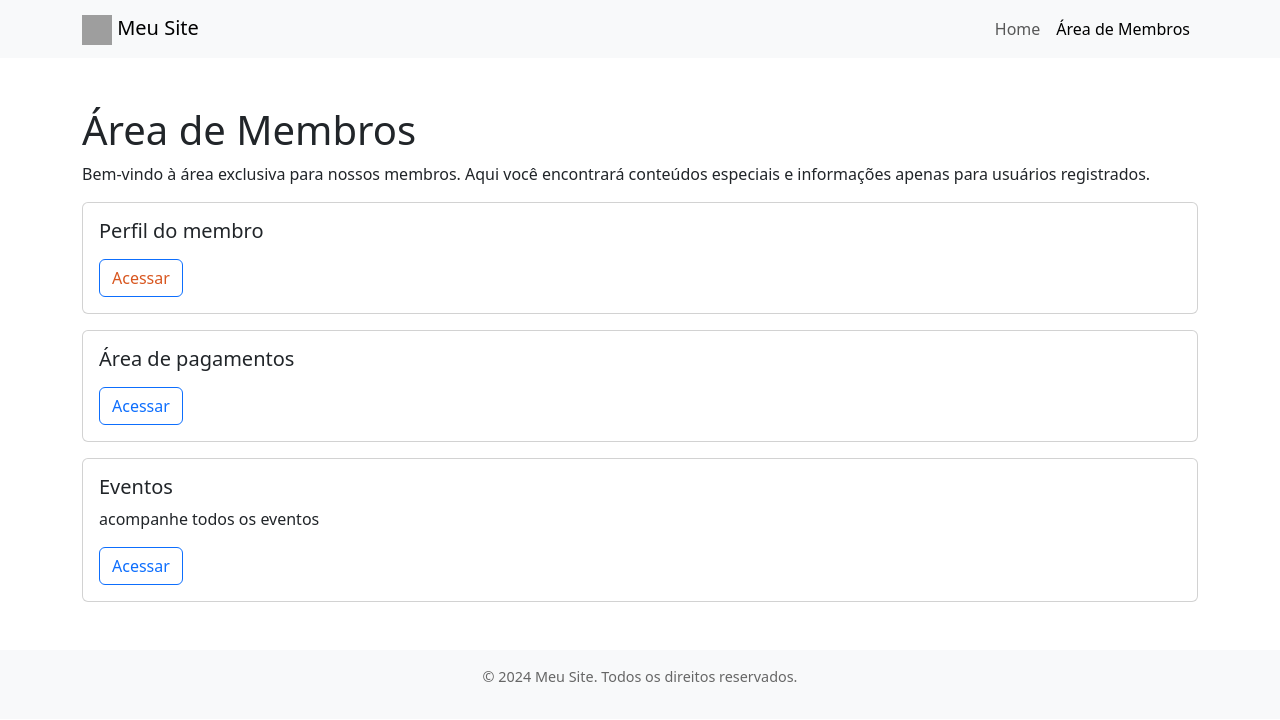
Repository: br-on/projeto-escolinhav3
Page: http://localhost/membros
An editor plug-in stored every save of this project. The page is shown before and after the next save, followed by the edit.
The browser window is 1280 px wide. The pictures show the whole page.
Pictures or frames that could not be fetched are drawn as grey boxes. The page is served by the project's application, run on Flask 3 (main.py).

Above is the page before, as saved 2024-11-15 10:25:05.

After the next save:
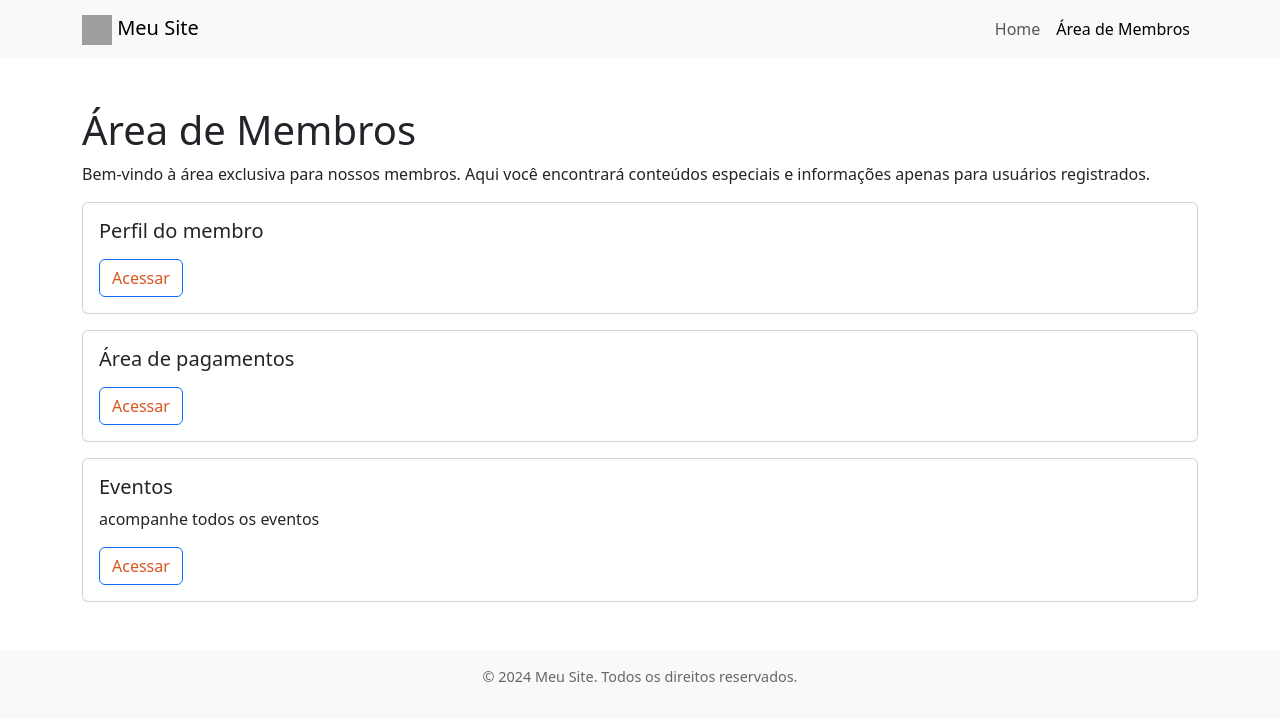
Saved 14 s later.
--- a/templates/membros.html
+++ b/templates/membros.html
@@ -46,14 +46,14 @@
             <div class="card-body">
                 <h5 class="card-title">Área de pagamentos</h5>
                 <p class="card-text"></p>
-                <a href="#" class="btn btn-outline-primary">Acessar</a>
+                <a href="#" class="btn btn-outline-primary color-primary">Acessar</a>
             </div>
         </div>
         <div class="card my-3">
             <div class="card-body">
                 <h5 class="card-title">Eventos</h5>
                 <p class="card-text">acompanhe todos os eventos</p>
-                <a href="#" class="btn btn-outline-primary">Acessar</a>
+                <a href="#" class="btn btn-outline-primary color-primary">Acessar</a>
             </div>
         </div>
     </main>
